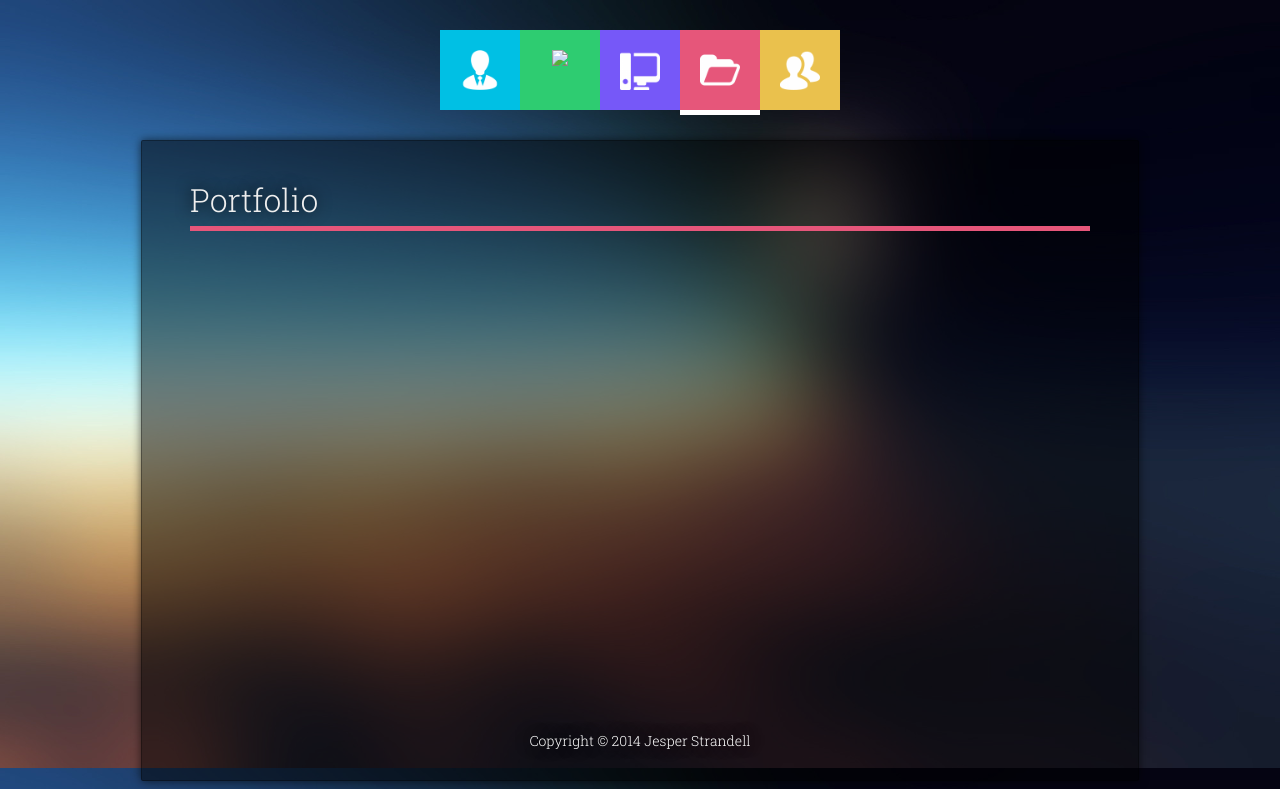
Repository: ja222vv/minipage
Page: pages/portfolio.html
The author's editor kept a record of every edit. The page is drawn from the files as they stood at one moment, then again after the next edit.
The browser window is 1280 px wide. The pictures show the whole page.
Backgrounds fixed to the window are drawn as part of the page.

Above is the page before.
Not found: pages/css/pics/wrench.png
Not found: pages/scripts/script.js

### pages/portfolio.html
<!doctype html>
<html lang="sv">
    <head>
        <meta charset="UTF-8" />
        <title>Portfolio</title>
        <link rel="stylesheet" href="../css/style.css" />
        <link rel="stylesheet" href="../css/hover.css" />
    </head>
    <body>
        <div class="menu">
            <div class="tile blue shrink" id="aboutme">
                <a href="../index.html">
            	<img src="../css/pics/personimage.png" class="icon" />
            	<span class="title"></span>
                </a>
            </div>
            <div class="tile mint shrink" id="experience">
                <a href="experience.html" id="link_exp">
            	<img src="css/pics/wrench.png" class="icon" />
            	<span class="title"></span>
            	</a>
            </div>
            <div class="tile purple shrink shrink" id="knowledge">
                <a href="knowledge.html">
            	<img src="../css/pics/workstation.png" class="icon" />
                <span class="title"></span>
                </a>
            </div>
            <div class="tile red active shrink" id="portfolio">
            	<a href="#">
            	<img src="../css/pics/folder.png" class="icon" />
            	<span class="title"></span>
            	</a>
            </div>
            <div class="tile yellow shrink" id="references">
                <a href="references.html">
                <img src="../css/pics/group.png" class="icon" />
            	<span class="title"></span>
                </a>
            </div>
        </div>
        <div class="container">
		    <div class="headerred">
                <h1>Portfolio</h1>
            </div>
            <div class="subcontent">
                <p>

                </p>
            </div>
		    <div class="footer">
		        <p>Copyright © 2014 Jesper Strandell</p>
		    </div>
        </div>
        <script type="text/javascript" src="scripts/script.js"></script>
    </body>
</html>

### css/style.css
@import url(//fonts.googleapis.com/css?family=Roboto+Slab:300);

@font-face {
    font-family: LeagueScript;
    src: url('LeagueScript.otf');
}

/*
outline: 7px solid rgba(255,255,255,0);
transition: outline .5s ease-out;
position: relative; /* outline */

html {
	background: #000 url(pics/wallpaper.jpg) no-repeat fixed center center;
	background-size: cover;
	overflow-y: scroll;
}

body {
	font-family: 'Roboto slab', serif;
	color: #FFFFFF;
	font-size: 16px;
	text-shadow: 1px 1px 15px #111;
}
img {
    border:none;
}
h1 {
  color: #eee;
  font-weight:normal;
}
.logotype {
    font-family: LeagueScript;
    font-size:36px;
    font-weight: bold;
    margin-left:30px;
    float:left;
}
.meta {
    font-size:20px;
    font-family: LeagueScript;
    text-align:center;
    margin-left:60px;
    float:left;
}
.meta p {
    margin:0;
    text-shadow: -1px -1px 15px #000000;
}
/* Menyn börjar */
.menu {
    width: 400px;
    height: 80px;
    margin-top:30px;
    margin-left:auto;
	margin-right:auto;
}
.headerblue {
    margin-left:auto;
	margin-right:auto;
	border-bottom: solid 5px #00c0e4;
}
.headermint {
    margin-left:auto;
	margin-right:auto;
	border-bottom: solid 5px #2ecc71;
}
.headerpurple {
    margin-left:auto;
	margin-right:auto;
	border-bottom: solid 5px #7658f8;
}
.headeryellow {
    margin-left:auto;
	margin-right:auto;
	border-bottom: solid 5px #eac14d;
}
.headerred {
    margin-left:auto;
	margin-right:auto;
	border-bottom: solid 5px #e6567a;
}
.headerblue h1, .headermint h1, .headerpurple h1, .headeryellow h1, .headerred h1 {
    margin-bottom: 5px;
}
.tile {
    width: 80px;
	height: 80px;
	text-align: center;
	float:left;
}
.tile > a {
	width: inherit;
	height: inherit;
	display: block;
	color: #fff;
	text-decoration: none !important;
}
.active {
    border-bottom:solid 5px #FFFFFF;
}
.blue {
    background-color: #00c0e4;
}
.mint {
    background-color: #2ecc71;
}
.purple {
    background-color: #7658f8;
}
.yellow {
    background-color: #eac14d;
}
.red {
    background-color: #e6567a;
}
.icon {
	max-width:40px;
    max-height:40px;
    width:auto;
    height:auto;
    margin-top:20px;
}
.title {
	display: block;
}
/* Menyn slutar */
/* Innehåll börjar*/
.container {
    padding: 1em 3em;
	width: 900px;
	min-height: 600px;
	margin-top: 30px;
	margin-left:auto;
	margin-right:auto;
	box-shadow: 0 0 10px rgba(0,0,0,.6);
	border-radius: 2px;
	border: 1px solid #000000;
	border: 1px solid rgba(0,0,0,.3);
	background: rgba(0,0,0,.5);
	text-shadow: -1px -1px 15px #000000;
	filter: progid:DXImageTransform.Microsoft.gradient(GradientType=0,startColorstr='#4c000000', endColorstr='#4c000000');

}
.subcontent {
    min-height: 470px;
}
.nostyle {
    list-style:none;
}
.footer {
    font-size: 14px;
    text-align:center;
}
/* Innehåll slutar*/


* {
	-webkit-touch-callout: none;
	-webkit-user-select: none;
	-khtml-user-select: none;
	-moz-user-select: none;
	-ms-user-select: none;
	user-select: none;
}

Loaded but not shown: css/hover.css (2067 lines, source omitted)

After the next edit:
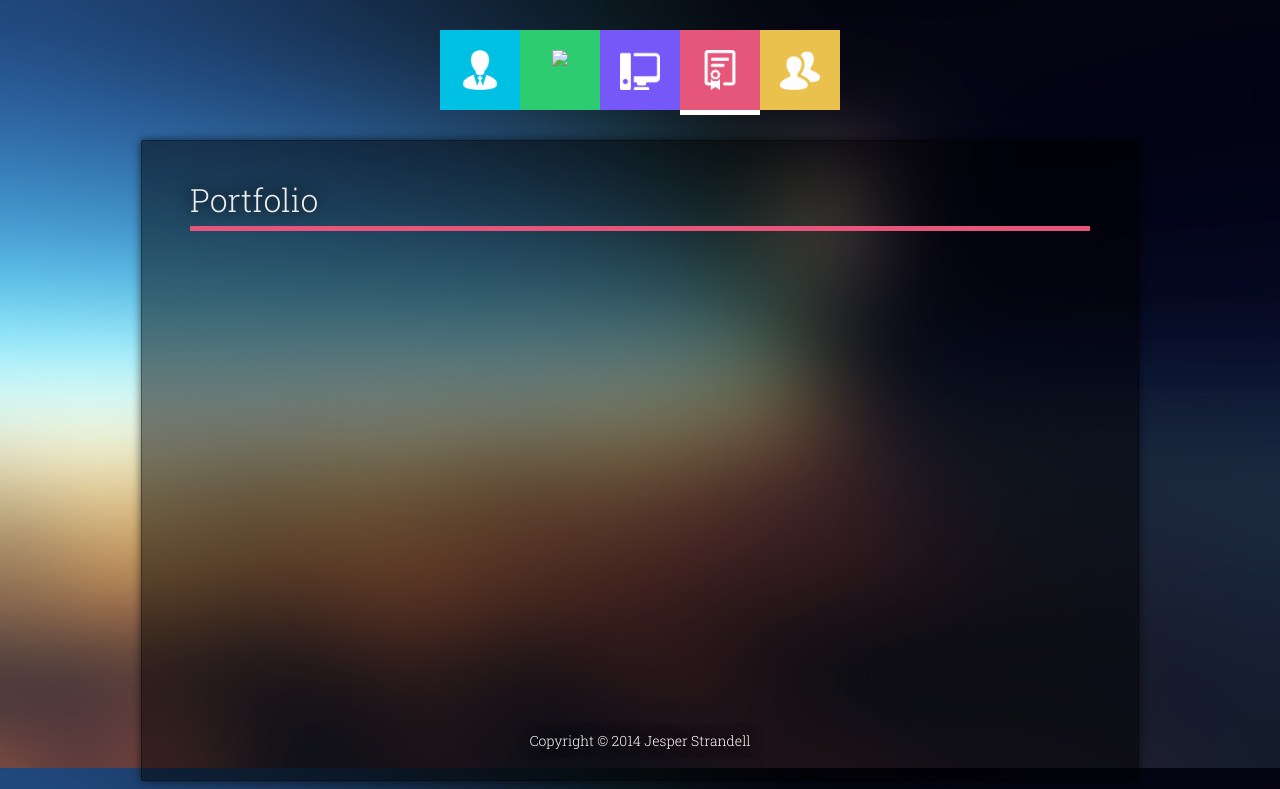
The edit:
--- a/pages/portfolio.html
+++ b/pages/portfolio.html
@@ -28,7 +28,7 @@
             </div>
             <div class="tile red active shrink" id="portfolio">
             	<a href="#">
-            	<img src="../css/pics/folder.png" class="icon" />
+            	<img src="../css/pics/diploma.png" class="icon" />
             	<span class="title"></span>
             	</a>
             </div>
